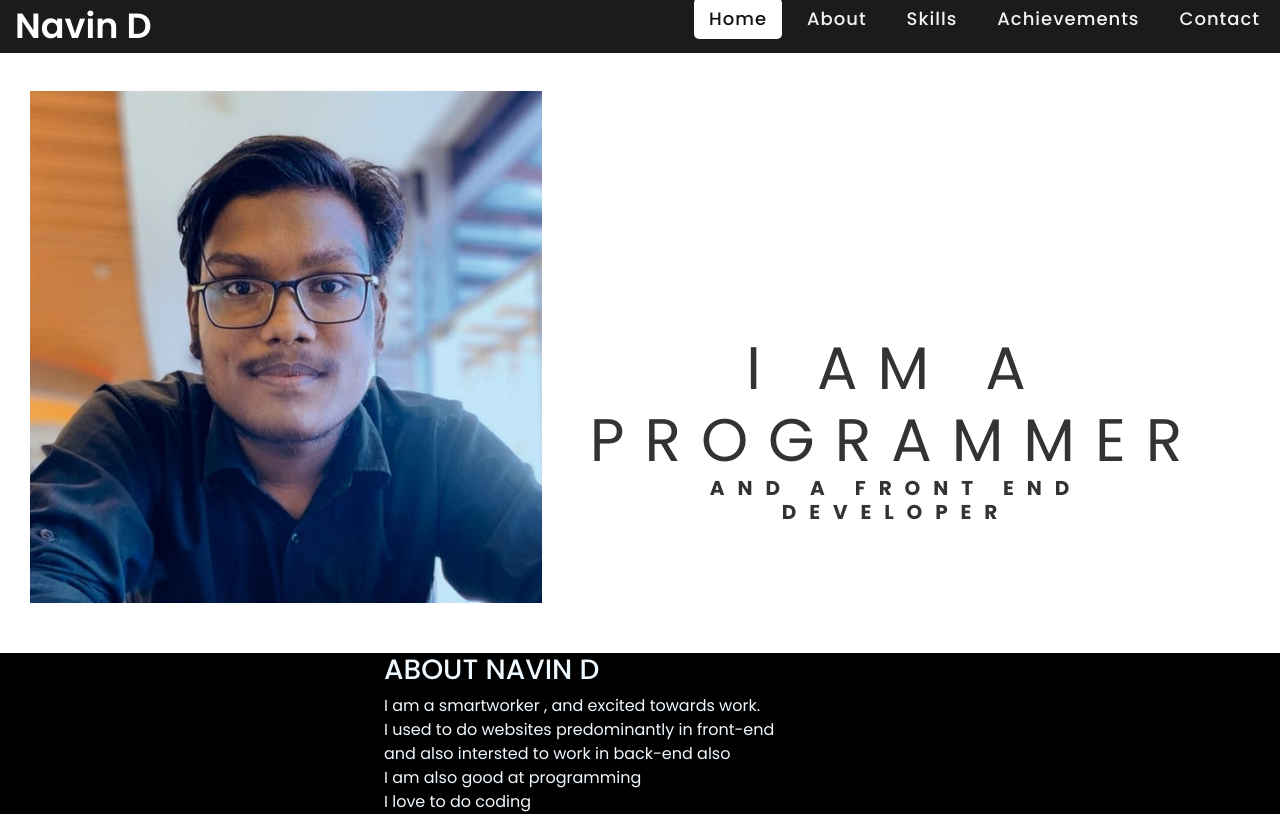
Repository: NavinDayanithi/OIBSIP
Page: Portfolio/index.html
These files come from the project's save history. The page is drawn as it stood at one moment and after a run of saves; the edit follows.
The browser window is 1280 px wide. The pictures show the whole page.

Above is the page before, as saved 2023-02-20 18:54:16.
Console error: TypeError: Cannot read properties of undefined (reading 'fn')

### Portfolio/index.html
<!DOCTYPE html>
<!-- Created By CodingNepal -->
<html lang="en" dir="ltr">
   <head>

      <meta charset="utf-8">
      <title>Navin's Portfolio</title>
      <script src="https://cdnjs.cloudflare.com/ajax/libs/OwlCarousel2/2.3.4/owl.carousel.min.js"></script>
      <script type="text/javascript" src="script.js"></script>
      <link rel="stylesheet" href="style.css">
      <link rel="stylesheet" href="https://cdnjs.cloudflare.com/ajax/libs/font-awesome/5.15.3/css/all.min.css"/>
      <meta name="viewport" content="width=device-width, initial-scale=1.0">
      <link href="https://cdn.jsdelivr.net/npm/bootstrap@5.3.0-alpha1/dist/css/bootstrap.min.css" rel="stylesheet" integrity="sha384-GLhlTQ8iRABdZLl6O3oVMWSktQOp6b7In1Zl3/Jr59b6EGGoI1aFkw7cmDA6j6gD" crossorigin="anonymous">
   </head>
   <body>
      <nav>
         <div class="logo">
            Navin D
         </div>
         <input type="checkbox" id="click">
         <label for="click" class="menu-btn">
         <i class="fas fa-bars"></i>
         </label>
         <ul>
            <li><a class="active" href="#">Home</a></li>
            <li><a href="#about">About</a></li>
            <li><a href="#skills">Skills</a></li>
            <li><a href="#">Achievements</a></li>
            <li><a href="#">Contact</a></li>
         </ul>
      </nav>
      <div >
        <img src="navinppimg.jpeg"  class="img1" alt="navinimg">
      </div>
      <div class="text-box">
        <h1 class="heading-primary">
         <span class="heading-primary-main">I am a Programmer</span>
          <span class="heading-primary-sub">and a front end developer</span>
         </h1>
   </div>
   <section class="about" id="about">
      <!-- <img class="about-img" src="https://embetronicx.com/wp-content/uploads/2017/08/background.jpg"  class="img1" alt="navinimg"> -->
      <div class="about-text">
          <h3>ABOUT NAVIN D</h3>
         <p>  I am a smartworker , and excited towards work.<br/>
             I used to do websites predominantly in front-end <br/>
             and also intersted to work in back-end also<br/>
             I am also good at programming <br/>
             I love to do coding<br/>
      </p>
      </div>

    </body>
</section>
       </body>
</html>

### Portfolio/style.css
@import url('https://fonts.googleapis.com/css?family=Poppins:400,500,600,700&display=swap');
*{
  margin: 0;
  padding: 0;
  box-sizing: border-box;
  font-family: 'Poppins', sans-serif;
}
nav{
  display: flex;
  height: 100%;
  width: 100%;
  background: #1b1b1b;
  align-items: center;
  justify-content: space-between;
  /* padding: 0 50px 0 50px; */
  /* flex-wrap: wrap; */
}
nav .logo{
  color: #fff;
  font-size: 35px;
  font-weight: 600;
  margin-left: 15px;
}
nav ul{
  display: flex;
  flex-wrap: wrap;
  list-style: none;
}
nav ul li{
  margin: 0 5px;
}
nav ul li a{
  color: #f2f2f2;
  text-decoration: none;
  font-size: 18px;
  font-weight: 500;
  padding: 8px 15px;
  border-radius: 5px;
  letter-spacing: 1px;
  transition: all 0.3s ease;
}
nav ul li a.active,
nav ul li a:hover{
  color: #111;
  background: #fff;
}
nav .menu-btn i{
  color: #fff;
  font-size: 22px;
  cursor: pointer;
  display: none;
}
input[type="checkbox"]{
  display: none;
}
@media (max-width: 1000px){
  nav{
    padding: 0 40px 0 50px;
  }
}
@media (max-width: 920px) {
  nav .menu-btn i{
    display: block;
  }
  #click:checked ~ .menu-btn i:before{
    content: "\f00d";
  }
  nav ul{
    position: fixed;
    top: 80px;
    left: -100%;
    background: #111;
    height: 100vh;
    width: 100%;
    text-align: center;
    display: block;
    transition: all 0.3s ease;
  }
  #click:checked ~ ul{
    left: 0;
  }
  nav ul li{
    width: 100%;
    margin: 40px 0;
  }
  nav ul li a{
    width: 100%;
    margin-left: -100%;
    display: block;
    font-size: 20px;
    transition: 0.6s cubic-bezier(0.68, -0.55, 0.265, 1.55);
  }
  #click:checked ~ ul li a{
    margin-left: 0px;
  }
  nav ul li a.active,
  nav ul li a:hover{
    background: none;
    color: cyan;
  }
}
.content{
  position: absolute;
  top: 50%;
  left: 50%;
  transform: translate(-50%, -50%);
  text-align: center;
  z-index: -1;
  width: 100%;
  padding: 0 30px;
  color: #1b1b1b;
}
.content div{
  font-size: 40px;
  font-weight: 700;
}

.text-box {
    position: absolute;
    top: 60%;
    left: 70%;
    transform: translate(-50%, -50%);
    text-align:center;
  }

  .heading-primary {
      color:#333;
      text-transform: uppercase;
  }

  .heading-primary-main {
      display: block;
      font-size: 60px;
      font-weight: 400;
      letter-spacing: 20px;
     /*  Animation decalaration   */
      animation-name: moveInleft;
      animation-duration: 3s;
  }

  .heading-primary-sub {
      display: block;
      font-size: 20px;
      font-weight: 700;
      letter-spacing: 12.9px;

      animation-name: moveInRight;
      animation-duration: 3s;
  }

  @keyframes moveInleft {
      0% {
          opacity: 0;
          transform: translateX(-100px);
      }

      80% {
          transform: translateX(10px);
      }
      100% {
          opacity: 1;
          transform: translate(0);
      }
  }

  @keyframes moveInRight {
      0% {
          opacity: 0;
          transform: translateX(100px);
      }

      80% {
          transform: translateX(-10px);
      }

      100% {
          opacity: 1;
          transform: translate(0);
      }

  }
  .img1{
    margin-left: 30px;
     margin-top: 3%;
    display: block;
    height:40%;
    width:40%;


  }
  .a{
    float: left;
    /* display: inline; */
    width: 50%;


  }
  .b{
    /* display: inline; */
    float:right;
    width: 50%;
    margin-left: 50px;


  }
   .about{
    background-color: black;
    height: 300%;
    width: 100%;
    color: aliceblue;
    margin-top: 50px;

  }

 .about-text{
   padding-left: 30%;
}

Loaded but not shown: Portfolio/script.js (common file)

After the next 2 saves:
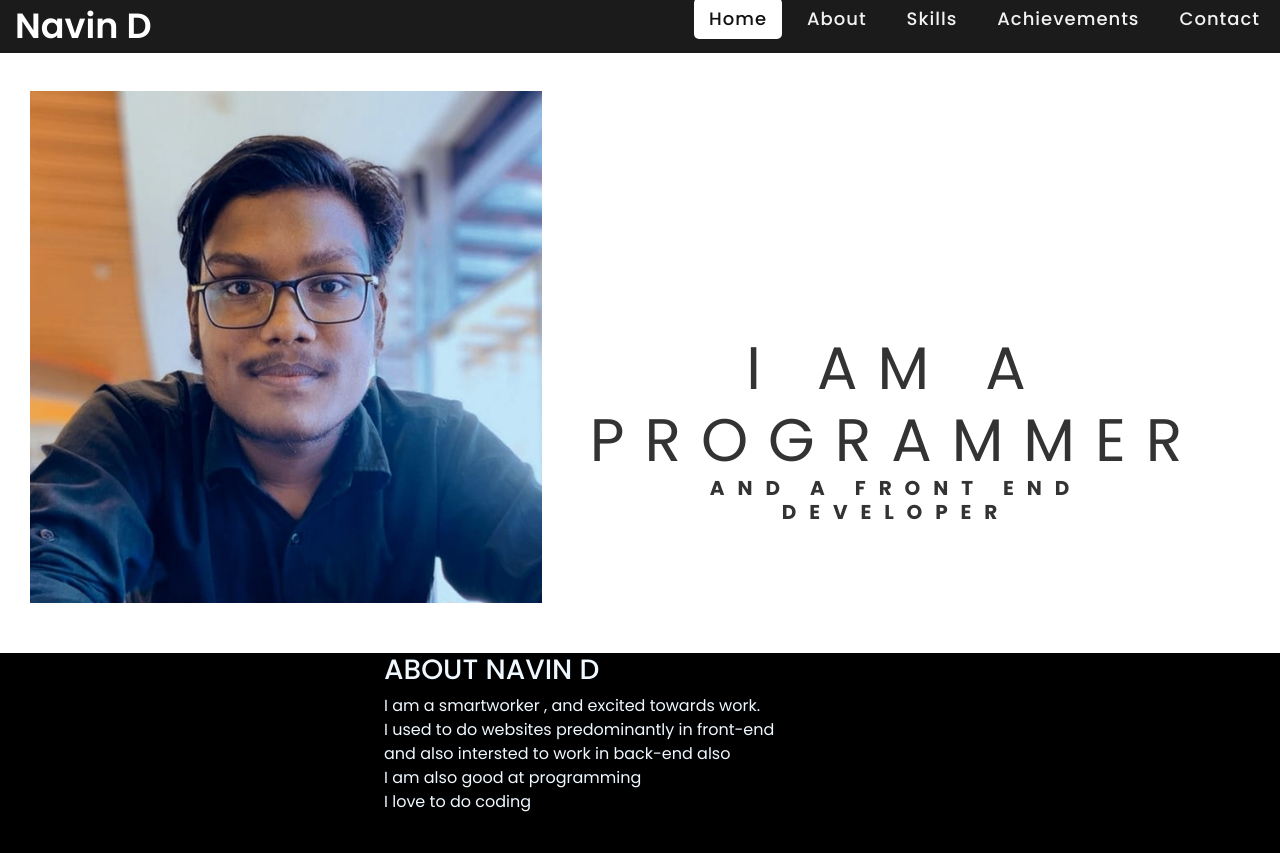
The 2 saves are shown as one change because they came seconds apart.
The last was saved 14 s later.
--- a/Portfolio/style.css
+++ b/Portfolio/style.css
@@ -205,7 +205,7 @@
   }
    .about{
     background-color: black;
-    height: 300%;
+    height: 200px;
     width: 100%;
     color: aliceblue;
     margin-top: 50px;
